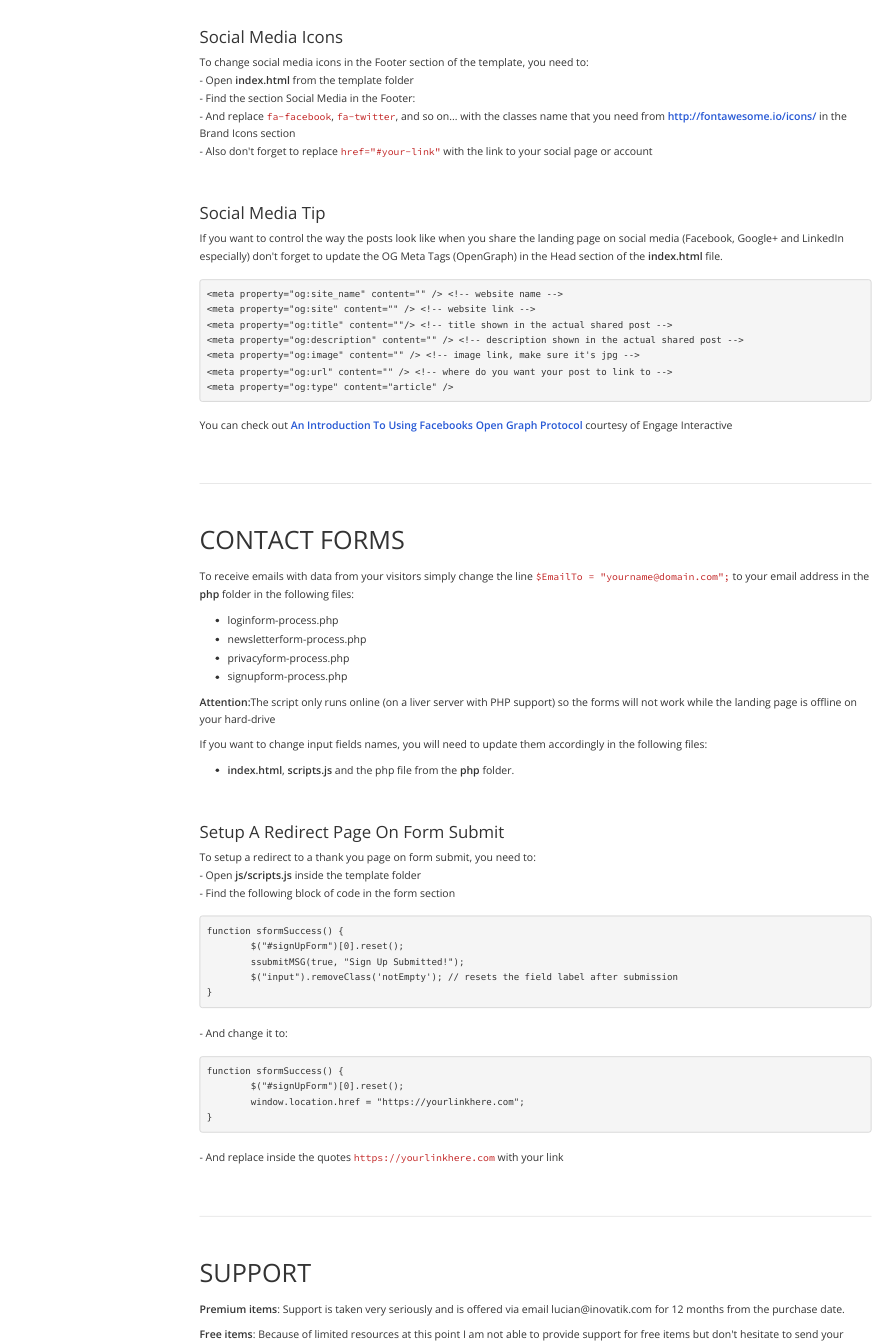
Repository: sibina-sto/tivo
Page: public/documentation/index.html
An editor plug-in stored every save of this project. The page is shown before and after the next save, followed by the edit.
The browser window is 1280 px wide. The pictures show the part of the page from y = 4580 to 6500 px (the page is 6650 px tall before and 6653 px after), at 70% of full size.

Above is the page before, as saved 2023-04-29 20:41:48.

### public/documentation/index.html
<!DOCTYPE html>
<html lang="en">
<head>

    <meta charset="utf-8">
    <meta http-equiv="X-UA-Compatible" content="IE=edge">
    <meta name="viewport" content="width=device-width, shrink-to-fit=no, initial-scale=1">
    <meta name="description" content="">
    <meta name="author" content="">
    <title>Documentation - Tivo SaaS App HTML Landing Page Template</title>

    <!-- Styles -->
	<link href="https://fonts.googleapis.com/css?family=Source+Code+Pro:300,400,600" rel="stylesheet">
	<link href="https://fonts.googleapis.com/css?family=Open+Sans:300,400,600" rel="stylesheet">
    <link href="css/bootstrap.min.css" rel="stylesheet">
    <link href="css/styles.css" rel="stylesheet">

    <!-- HTML5 Shim and Respond.js IE8 support of HTML5 elements and media queries -->
    <!-- WARNING: Respond.js doesn't work if you view the page via file:// -->
    <!--[if lt IE 9]>
        <script src="https://oss.maxcdn.com/libs/html5shiv/3.7.0/html5shiv.js"></script>
        <script src="https://oss.maxcdn.com/libs/respond.js/1.4.2/respond.min.js"></script>
    <![endif]-->

</head>
<body>
    <div id="wrapper">

        <!-- Sidebar -->
        <div id="sidebar-wrapper">
			<p>Tivo - Landing Page<br> Documentation</p>
            <ul class="sidebar-nav">
                <li class="sidebar-brand">
                </li>
                <li>
                    <a href="#introduction">INTRODUCTION</a>
                </li>
                <li>
                    <a href="#files">FILES STRUCTURE</a>
				</li>
				<li>
                    <a href="#images">IMAGES</a>
                </li>
                <li>
                    <a href="#icons">ICONS</a>
				</li>
				<li>
                    <a href="#forms">CONTACT FORMS</a>
                </li>
				<li>
                    <a href="#support">SUPPORT</a>
                </li>
            </ul>
        </div>
        <!-- end of sidebar wrapper -->


        <!-- Page Content -->
        <div id="page-content-wrapper">
            <div class="container-fluid">
                <div class="row">
                    <div id="introduction" class="col-lg-12">
                        <h1>INTRODUCTION</h1>
                        <p>Hello and thank you for using Tivo SaaS App HTML Landing Page Template. Tivo is an HTML landing page template built with Bootstrap featuring image slider, tabs, details lightbox, video lightbox, text slider, dropdown navigation, extra pages and working newsletter, sign up, log in forms.</p>
						<p>Built with Bootstrap 4, HTML5, CSS3, PHP and JavaScript it will help you achieve your online marketing goals in a beautiful and efficient manner.</p>
						<p>Frameworks and toolkits used: Bootstrap 4, Popper, jQuery, jQuery Easing, Validator, Magnific Popup, Swiper.</p>
						<p>You can edit the template's Html, Css, Php, Js files with your preferred text and code editor: <a href="https://notepad-plus-plus.org/">Notepad++</a>, <a href="https://code.visualstudio.com/">Visual Code</a>, <a href="https://www.sublimetext.com/">Sublime</a> or any other...</p>
						<p>For image editing you can use <a href="http://www.adobe.com/products/photoshop.html">Adobe Photoshop</a> or any other graphic editor of your choice.</p>
					</div> <!-- end of introduction -->


					<div class="col-lg-12"><hr></div> <!-- gray separator line -->


					<div id="files" class="col-lg-12">
                        <h1>FILES STRUCTURE</h1>
						<p>
							<b>Documentation</b> - is the folder of this help file.
							<br><b>Web</b> - contains the html, css, js and php files of the template.
						</p>
						<p><b>Web</b> folder includes <b>index.html</b> file which you will use to open the template and the extra pages: article-details.html, log-in.html, privacy-policy.html, sign-up.html and terms-conditions.html. Besides index.html, you will also find the following folders:
							<ul>
								<li><b>Css</b> - Bootstrap, Font Awesome, Magnific Popup, Swiper and the template's custom stylesheet styles.css</li>
								<li><b>Images</b> - Images used throughout the template including the favicon and logo</li>
								<li><b>Js</b> - JavaScript files for Bootstrap, Popper, jQuery, jQuery Easing, Magnific Popup, Swiper, Validator, and Tivo's custom scripts: scripts.js</li>
								<li><b>Php</b> - PHP script files for the contact forms</li>
								<li><b>Webfonts</b> - Font Awesome files</li>
							</ul>
						</p>
					</div> <!-- end of files structure -->


					<div class="col-lg-12"><hr></div> <!-- gray separator line -->


					<div id="images" class="col-lg-12">
						<h1>IMAGES</h1>
						<h3>Image Links</h3>
						<p>Here are the links to the images used throughout the template:
							<ul>
								<li>Header app vector: <a href="https://www.freepik.com/free-vector/link-building-concept_3507157.htm#page=1&query=interface&position=19">https://www.freepik.com/free-vector/link-building-concept_3507157.htm#page=1&query=interface&position=19</a></li>
								<li>Description icons: <a href="https://www.freepik.com/premium-vector/programming-coding-isometric-set_5059166.htm#page=1&query=software&position=13">https://www.freepik.com/premium-vector/programming-coding-isometric-set_5059166.htm#page=1&query=software&position=13</a></li>

								<li>Speakers: <a href="http://www.freepik.com/free-photo/close-up-of-pretty-woman-with-glasses-and-big-smile_898740.htm">http://www.freepik.com/free-photo/close-up-of-pretty-woman-with-glasses-and-big-smile_898740.htm</a></li>
								<li>Speakers: <a href="http://www.freepik.com/free-photo/serious-man-walking-through-the-city_940147.htm">http://www.freepik.com/free-photo/serious-man-walking-through-the-city_940147.htm</a></li>
								<li>Speakers: <a href="http://www.freepik.com/free-photo/clever-woman-writing-an-essay_857632.htm">http://www.freepik.com/free-photo/clever-woman-writing-an-essay_857632.htm</a></li>
								<li>Speakers: <a href="http://www.freepik.com/free-photo/thinking-man-with-a-coat_916622.htm">http://www.freepik.com/free-photo/thinking-man-with-a-coat_916622.htm</a></li>
								<li>Article details image large: <a href="https://www.pexels.com/photo/photo-of-imac-near-macbook-1029757/">https://www.pexels.com/photo/photo-of-imac-near-macbook-1029757/</a></li>
								<li>Article details image small: <a href="https://www.pexels.com/photo/apple-office-internet-ipad-38544/">https://www.pexels.com/photo/apple-office-internet-ipad-38544/</a></li>
							</ul>
						</p>

						<h3>Image Resources</h3>
						<p>You can find your own images while checking out the following free online sources:
							<ul>
								<li>Freepik: <a href="https://www.pexels.com/">https://www.freepik.com/home</a></li>
								<li>Pexels: <a href="https://www.pexels.com/">https://www.pexels.com/</a></li>
								<li>SplitShire: <a href="https://www.splitshire.com/">https://www.splitshire.com/</a></li>
								<li>StartupStockPhotos: <a href="http://startupstockphotos.com/">http://startupstockphotos.com/</a></li>
								<li>StockSnap: <a href="https://stocksnap.io/">https://stocksnap.io/</a></li>
								<li>ISO Republic: <a href="http://isorepublic.com/">http://isorepublic.com/</a></li>
								<li>Videezy: <a href="https://www.videezy.com/">https://www.videezy.com/</a> - for videos</li>
							</ul>
						</p>

						<h3>Changing The Logo</h3>
						<p>
							- Place your image file in the <b>images</b> folder
							<br>- Open for editing <b>index.html</b>
							<br>- Find <b>Navigation</b> section
							<br>- Here find this line of code:
<pre class="code-format">
&lt;a class=&quot;navbar-brand logo-image&quot; href=&quot;index.html&quot;&gt;&lt;img src=&quot;images/logo.svg&quot; alt=&quot;alternative&quot;&gt;&lt;/a&gt;
</pre>
							<br>- And replace <span class="code">logo.svg</span> with your new file name
							<br>- Save the file and refresh the browser window to see the changes
						</p>

						<h3>Curved SVG Background Frame</h3>
						<p>
							- Tivo uses an svg image as background decoration for some of the sections like Header and Footer
							<br>- This image doesn't come from an image file, instead it's generated by the following code found in index.html for each of <b>the above mentioned sections</b>
							<br>- For example here is the code for the <b>Header</b> section:
<pre class="code-format">
&lt;svg class=&quot;header-frame&quot; data-name=&quot;Layer 1&quot; xmlns=&quot;http://www.w3.org/2000/svg&quot; preserveAspectRatio=&quot;none&quot; viewBox=&quot;0 0 1920 310&quot;&gt;&lt;defs&gt;&lt;style&gt;.cls-1{fill:#5f4def;}&lt;/style&gt;&lt;/defs&gt;&lt;title&gt;header-frame&lt;/title&gt;&lt;path class=&quot;cls-1&quot; d=&quot;M0,283.054c22.75,12.98,53.1,15.2,70.635,14.808,92.115-2.077,238.3-79.9,354.895-79.938,59.97-.019,106.17,18.059,141.58,34,47.778,21.511,47.778,21.511,90,38.938,28.418,11.731,85.344,26.169,152.992,17.971,68.127-8.255,115.933-34.963,166.492-67.393,37.467-24.032,148.6-112.008,171.753-127.963,27.951-19.26,87.771-81.155,180.71-89.341,72.016-6.343,105.479,12.388,157.434,35.467,69.73,30.976,168.93,92.28,256.514,89.405,100.992-3.315,140.276-41.7,177-64.9V0.24H0V283.054Z&quot;/&gt;&lt;/svg&gt;
</pre>
							<br>- To change the <b>color</b> of the frame you can update the color code <span class="code">#5f4def</span> in this piece of code <span class="code">.cls-1{fill:#5f4def;}</span>
							<br>- There are also some properties controlled in <b>css/styles.css</b> with the <b>header-frame</b> and <b>footer-frame</b> classes in the following lines of code in the Header section
<pre class="code-format">
.header-frame {
	margin-top: -1px; /* To remove white margin in FF */
	width: 100%;
	height: 2.25rem;
}
</pre>
							<br>- And in the Footer section
<pre class="code-format">
.footer-frame {
	width: 100%;
	height: 1.5rem;
}
</pre>
							<br>- If you want to change the frame you can create it Adobe Illustrator or another vector software, export it, copy the code similar to the one above and replace the original code in index.html for each template section you want
							<br>- Don't forget to add the <b>frame-decorative</b> class to the index.html code and adjust the properties you need in styles.css
						</p>

						<h3>Changing Features Section Images</h3>
						<p>
							- Edit and save the image files in the <b>images</b> folder
							<br>- Open for editing <b>index.html</b>
							<br>- Find the section <b>Features</b> and the following lines of code
<pre class="code-format">
&lt;div class=&quot;image-container&quot;&gt;
	&lt;img class=&quot;img-fluid&quot; src=&quot;images/features-1.png&quot; alt=&quot;alternative&quot;&gt;
&lt;/div&gt; &lt;!-- end of image-container --&gt;
</pre>
							<br>- Here replace <span class="code">features-1.png</span> with your own file name
							<br>- Save the file and refresh the browser window to see the changes
							<br>- Repeat the steps above for all the tabs
							<br>- For optimum results with the least amount of work I recommend using the same image size as the original in the Live Preview
						</p>

						<h3>Changing Testimonial Section Images</h3>
						<p>
							- Edit and save the image files in the <b>images</b> folder
							<br>- Open for editing <b>index.html</b>
							<br>- Find the section <b>Testimonials</b> and the following lines of code
<pre class="code-format">
&lt;div class=&quot;image-wrapper&quot;&gt;
	&lt;img class=&quot;img-fluid&quot; src=&quot;images/testimonial-1.jpg&quot; alt=&quot;alternative&quot;&gt;
&lt;/div&gt; &lt;!-- end of image-wrapper --&gt;
</pre>
							<br>- Here replace <span class="code">testimonial-1.png</span> with your own file name
							<br>- Save the file and refresh the browser window to see the changes
							<br>- Repeat the steps above for all the slides
							<br>- For optimum results with the least amount of work I recommend using the same image size as the original in the Live Preview
						</p>
						<p>
							Tivo uses the Swiper plugin for the text slider. You can change settings like: time between slides, pause on hover, reactions to keyboard and others by visiting the plugins page: <a href="http://idangero.us/swiper/api/">http://idangero.us/swiper/api/</a> and adding them to the <b>Text Slider - Swiper</b> section in <b>js/scripts.js</b>
<pre class="code-format">
/* Text Slider - Swiper */
var textSlider = new Swiper('.text-slider', {
	autoplay: {
		delay: 6000,
		disableOnInteraction: false
	},
	loop: true,
	navigation: {
		nextEl: '.swiper-button-next',
		prevEl: '.swiper-button-prev'
	}
});
</pre>
						</p>
					</div> <!-- end of images -->


					<div class="col-lg-12"><hr></div> <!-- gray separator line -->


					<div id="icons" class="col-lg-12">
                        <h1>ICONS</h1>
						<h3>Font Awesome Icons</h3>
						<p>Tivo uses <a href="http://fontawesome.io/">Font Awesome</a> icon font in many sections and elements.
						<p>To change one of the Font Awesome icons you can simply replace the classes that you'll find in index.html e.g. fa-map-marker-alt, fa-envelope, fa-globe with the ones that you need from <a href="http://fontawesome.io/icons/">http://fontawesome.io/icons/</a></p>

						<h3>Social Media Icons</h3>
						<p>To change social media icons in the Footer section of the template, you need to:
							<br>- Open <b>index.html</b> from the template folder
							<br>- Find the section Social Media in the Footer:
							<br>- And replace <span class="code">fa-facebook</span>, <span class="code">fa-twitter</span>, and so on... with the classes name that you need from <a href="http://fontawesome.io/icons/">http://fontawesome.io/icons/</a> in the Brand Icons section
							<br>- Also don't forget to replace <span class="code">href="#your-link"</span> with the link to your social page or account
						</p>

						<h3>Social Media Tip</h3>
						<p>If you want to control the way the posts look like when you share the landing page on social media (Facebook, Google+ and LinkedIn especially) don't forget to update the OG Meta Tags (OpenGraph) in the Head section of the <b>index.html</b> file.
<pre class="code-format">
&lt;meta property="og:site_name" content="" /&gt; &lt;!-- website name --&gt;
&lt;meta property="og:site" content="" /&gt; &lt;!-- website link --&gt;
&lt;meta property="og:title" content=""/&gt; &lt;!-- title shown in the actual shared post --&gt;
&lt;meta property="og:description" content="" /&gt; &lt;!-- description shown in the actual shared post --&gt;
&lt;meta property="og:image" content="" /&gt; &lt;!-- image link, make sure it's jpg --&gt;
&lt;meta property="og:url" content="" /&gt; &lt;!-- where do you want your post to link to --&gt;
&lt;meta property="og:type" content="article" /&gt;
</pre>
						<p><br>You can check out <a href="http://engageinteractive.co.uk/blog/an-introduction-to-using-facebooks-open-graph-protocol">An Introduction To Using Facebooks Open Graph Protocol</a> courtesy of Engage Interactive</p>
                    </div> <!-- end of icons -->


					<div class="col-lg-12"><hr></div> <!-- gray separator line -->


					<div id="forms" class="col-lg-12">
                        <h1>CONTACT FORMS</h1>
                        <p>To receive emails with data from your visitors simply change the line <span class="code">$EmailTo = "yourname@domain.com";</span> to your email address in the <b>php</b> folder in the following files:</p>
						<ul>
							<li>loginform-process.php</li>
							<li>newsletterform-process.php</li>
							<li>privacyform-process.php</li>
							<li>signupform-process.php</li>
						</ul>
						<p><b>Attention:</b>The script only runs online (on a liver server with PHP support) so the forms will not work while the landing page is offline on your hard-drive</p>
						<p>If you want to change input fields names, you will need to update them accordingly in the following files:</p>
						<ul>
							<li><b>index.html</b>, <b>scripts.js</b> and the php file from the <b>php</b> folder.</li>
						</ul>

						<h3>Setup A Redirect Page On Form Submit</h3>
						<p>
							To setup a redirect to a thank you page on form submit, you need to:
							<br>- Open <b>js/scripts.js</b> inside the template folder
							<br>- Find the following block of code in the form section
<pre class="code-format">
function sformSuccess() {
	$("#signUpForm")[0].reset();
	ssubmitMSG(true, "Sign Up Submitted!");
	$("input").removeClass('notEmpty'); // resets the field label after submission
}
</pre>
							<br>- And change it to:
<pre class="code-format">
function sformSuccess() {
	$("#signUpForm")[0].reset();
	window.location.href = "https://yourlinkhere.com";
}
</pre>
							<br>- And replace inside the quotes <span class="code">https://yourlinkhere.com</span> with your link
						</p>
					</div> <!-- end of contact form and privacy policy form -->


					<div class="col-lg-12"><hr></div> <!-- gray separator line -->


					<div id="support" class="col-lg-12">
						<h1>SUPPORT</h1>
						<p><b>Premium items</b>: Support is taken very seriously and is offered via email lucian@inovatik.com for 12 months from the purchase date.</p>
						<p><b>Free items</b>: Because of limited resources at this point I am not able to provide support for free items but don't hesitate to send your questions at <a href="mailto:lucian@inovatik.com">lucian@inovatik.com</a> and I will try to help and at least point you in the right direction.</p>
					</div> <!-- end of support -->

					<div class="col-lg-12">
						<p class="footer">Tivo - Software Business HTML Landing Page Template by <a href="https://inovatik.com">Inovatik</a></p>
					</div>
                </div>
            </div>
        </div> <!-- end of page content wrapper -->
    </div> <!-- end of wrapper -->


    <!-- Scripts Libraries -->
    <script src="js/jquery.js" type="text/javascript"></script>
    <script src="js/bootstrap.min.js" type="text/javascript"></script>


	<!-- Custom Scripts -->
    <script>
    <!-- Menu Toggle Script -->
	$("#menu-toggle").click(function(e) {
        e.preventDefault();
        $("#wrapper").toggleClass("toggled");
    });

	/* Smooth Scrolling To Anchors  */
		$(function() {
			$('a[href*="#"]:not([data-toggle="tab"])').click(function() {
				if (location.pathname.replace(/^\//,'') == this.pathname.replace(/^\//,'') && location.hostname == this.hostname) {
					var target = $(this.hash);
					target = target.length ? target : $('[name=' + this.hash.slice(1) +']');
					if (target.length) {
						$('html, body').animate({
							scrollTop: target.offset().top
						}, 700);
						return false;
					}
				}
			});
		});
	</script>

</body>
</html>

### public/documentation/css/styles.css
/**************************/
/*     General Styles     */
/**************************/
body {
	overflow-x: hidden;
	font: 400 15px/1.8em "Open Sans", sans-serif;
}

p {
	font: 400 15px/1.7em "Open Sans", sans-serif;
}

h1 {
	margin-bottom: 20px;
}

h3 {
	margin-top: 62px;
}

a {
	color: #2658d5;
	font-weight: 600;
	text-decoration: none;
}

a:hover {
	text-decoration: none;
}

hr {
	margin-top: 60px;
	margin-bottom: 40px;
}

pre.code-format {
	max-width: 1000px;
	line-height:1.7em;
	white-space: pre-wrap;       /* Since CSS 2.1 */
    white-space: -moz-pre-wrap;  /* Mozilla, since 1999 */
    white-space: -pre-wrap;      /* Opera 4-6 */
    white-space: -o-pre-wrap;    /* Opera 7 */
    word-wrap: break-word;       /* Internet Explorer 5.5+ */
	margin-top: 20px;
	margin-bottom: -5px;
}



/************************/
/*     Page Content     */
/************************/
#wrapper {
    padding-left: 0;
    -webkit-transition: all 0.5s ease;
    -moz-transition: all 0.5s ease;
    -o-transition: all 0.5s ease;
    transition: all 0.5s ease;
}

#wrapper.toggled {
    padding-left: 250px;
}

#sidebar-wrapper {
    z-index: 1000;
    position: fixed;
    left: 250px;
    width: 0;
    height: 100%;
    margin-left: -250px;
    overflow-y: auto;
    background: #000;
    -webkit-transition: all 0.5s ease;
    -moz-transition: all 0.5s ease;
    -o-transition: all 0.5s ease;
    transition: all 0.5s ease;
}

#sidebar-wrapper p {
	display: block;
	color: #fff;
	font-size: 22px;
	margin-left: 20px;
	margin-top: 40px;
}

#wrapper.toggled #sidebar-wrapper {
    width: 250px;
}

#page-content-wrapper {
    width: 100%;
    position: absolute;
    padding: 15px;
}

#page-content-wrapper .code {
	font: 400 14px/1.6em "Source Code Pro", sans-serif;
	color: #c22525;
}

#page-content-wrapper hr {
	border-top: 1px solid #dfdfdf;
}

#wrapper.toggled #page-content-wrapper {
    position: absolute;
    margin-right: -250px;
}

.separator {
	margin-bottom: 15px;
}

.footer {
	margin-top: 60px;
	color: grey;
}


/**************************/
/*     Sidebar Styles     */
/**************************/
.sidebar-nav {
    position: absolute;
    top: 0;
    width: 250px;
    margin: 0;
    padding: 0;
    list-style: none;
}

.sidebar-nav li {
    padding-top: 0.5rem;
    padding-bottom: 0.5rem;
}

.sidebar-nav li a {
    padding-left: 20px;
    line-height: 20px;
}

.sidebar-nav li a {
    display: inline-block;
    text-decoration: none;
    color: #999999;
}

.sidebar-nav li:hover {
    text-decoration: none;
    background: rgba(255,255,255,0.2);
}

.sidebar-nav li:hover a {
    color: #fff;
}

.sidebar-nav li a:active,
.sidebar-nav li a:focus {
	color: #fff;
}

.sidebar-nav > .sidebar-brand {
    font-size: 18px;
    line-height: 22px;
	margin-top: 140px;
	color: #fff;
	text-align: left;
}

.sidebar-nav > .sidebar-brand a {
    color: #999999;
}

.sidebar-nav > .sidebar-brand a:hover {
    color: #fff;
    background: none;
}


/*************************/
/*     Media Queries     */
/*************************/
@media(min-width:768px) {
    #wrapper {
        padding-left: 250px;
    }

    #wrapper.toggled {
        padding-left: 0;
    }

    #sidebar-wrapper {
        width: 250px;
    }

    #wrapper.toggled #sidebar-wrapper {
        width: 0;
    }

    #page-content-wrapper {
        padding: 20px;
        position: relative;
    }

    #wrapper.toggled #page-content-wrapper {
        position: relative;
        margin-right: 0;
    }
}

Loaded but not shown: public/documentation/css/bootstrap.min.css (library); public/documentation/js/jquery.js (library); public/documentation/js/bootstrap.min.js (library)

After the next save:
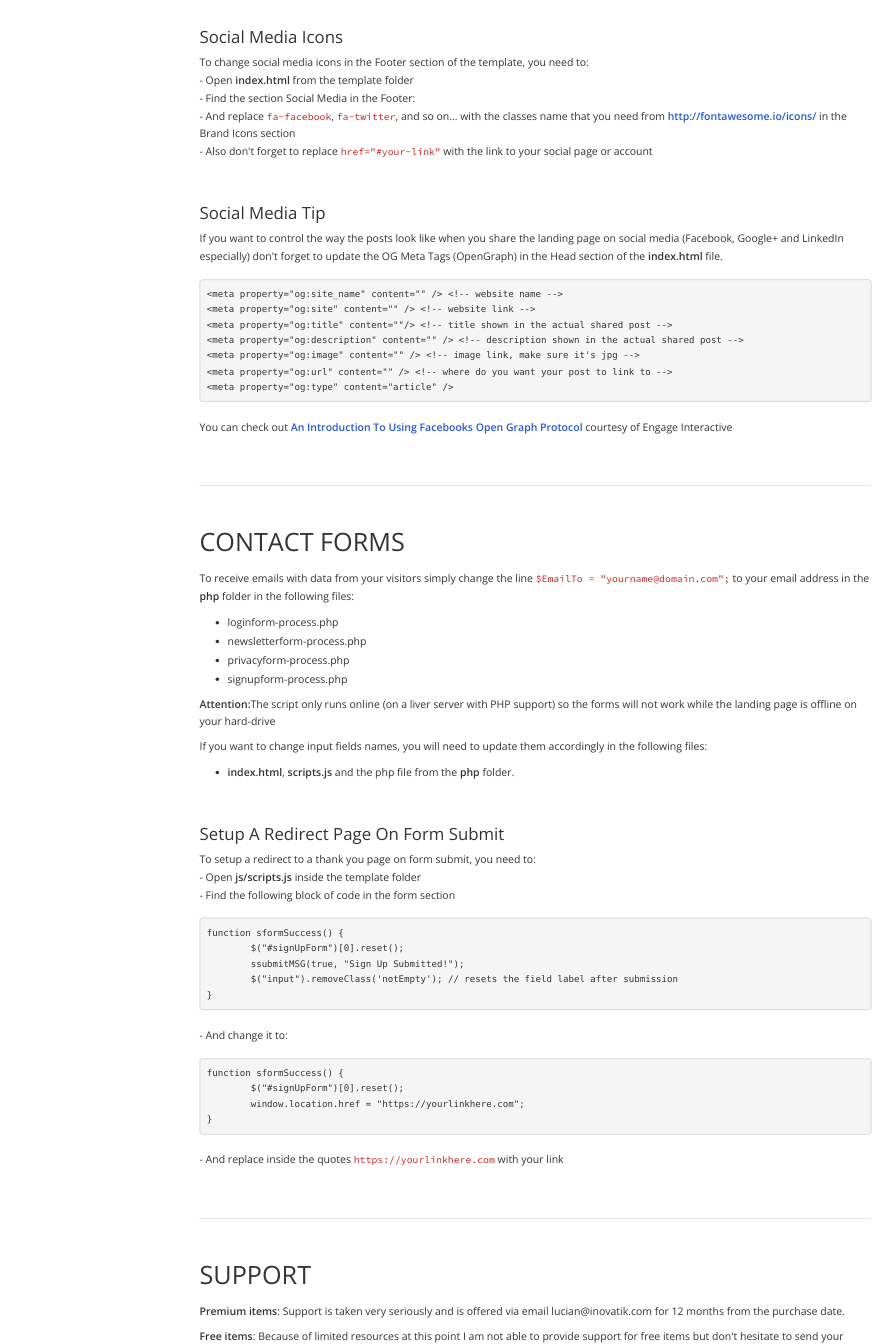
Saved 13 s later.
--- a/public/documentation/index.html
+++ b/public/documentation/index.html
@@ -243,7 +243,7 @@
 &lt;meta property="og:url" content="" /&gt; &lt;!-- where do you want your post to link to --&gt;
 &lt;meta property="og:type" content="article" /&gt;
 </pre>
-						<p><br>You can check out <a href="http://engageinteractive.co.uk/blog/an-introduction-to-using-facebooks-open-graph-protocol">An Introduction To Using Facebooks Open Graph Protocol</a> courtesy of Engage Interactive</p>
+						<br>You can check out <a href="http://engageinteractive.co.uk/blog/an-introduction-to-using-facebooks-open-graph-protocol">An Introduction To Using Facebooks Open Graph Protocol</a> courtesy of Engage Interactive</p>
                     </div> <!-- end of icons -->
 
 
